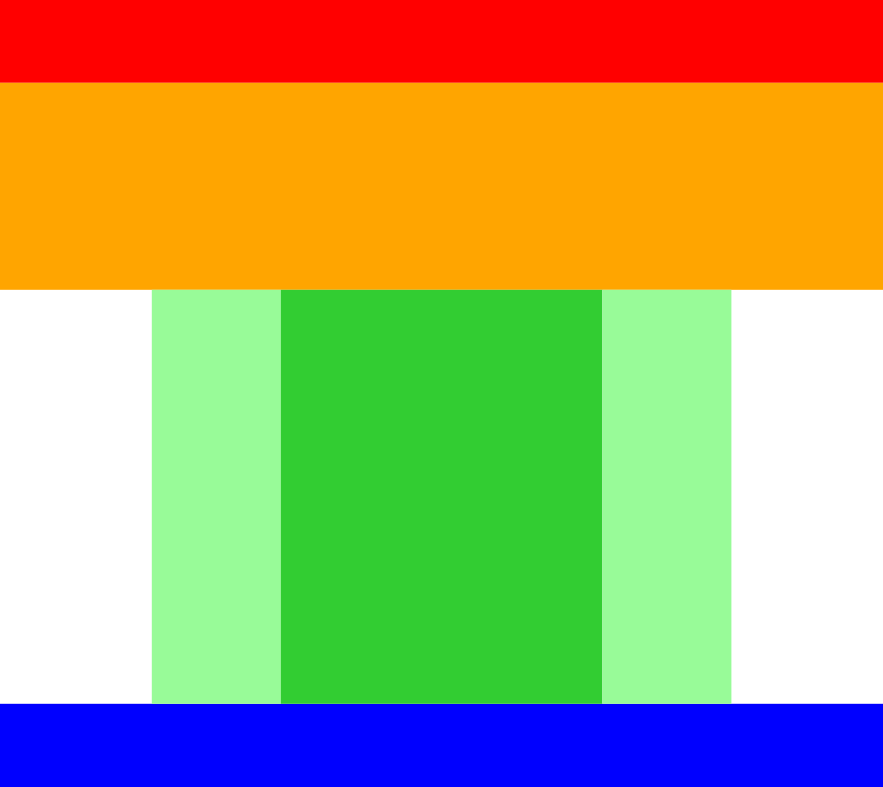
Repository: 39506KK/ALL
Page: caravan/chapter4.html
The author's editor kept a record of every edit. The page is drawn from the files as they stood at one moment, then again after the next edit.
The browser window is 1280 px wide. The pictures show the whole page, at 69% of full size.

Above is the page before.

After the next edit:
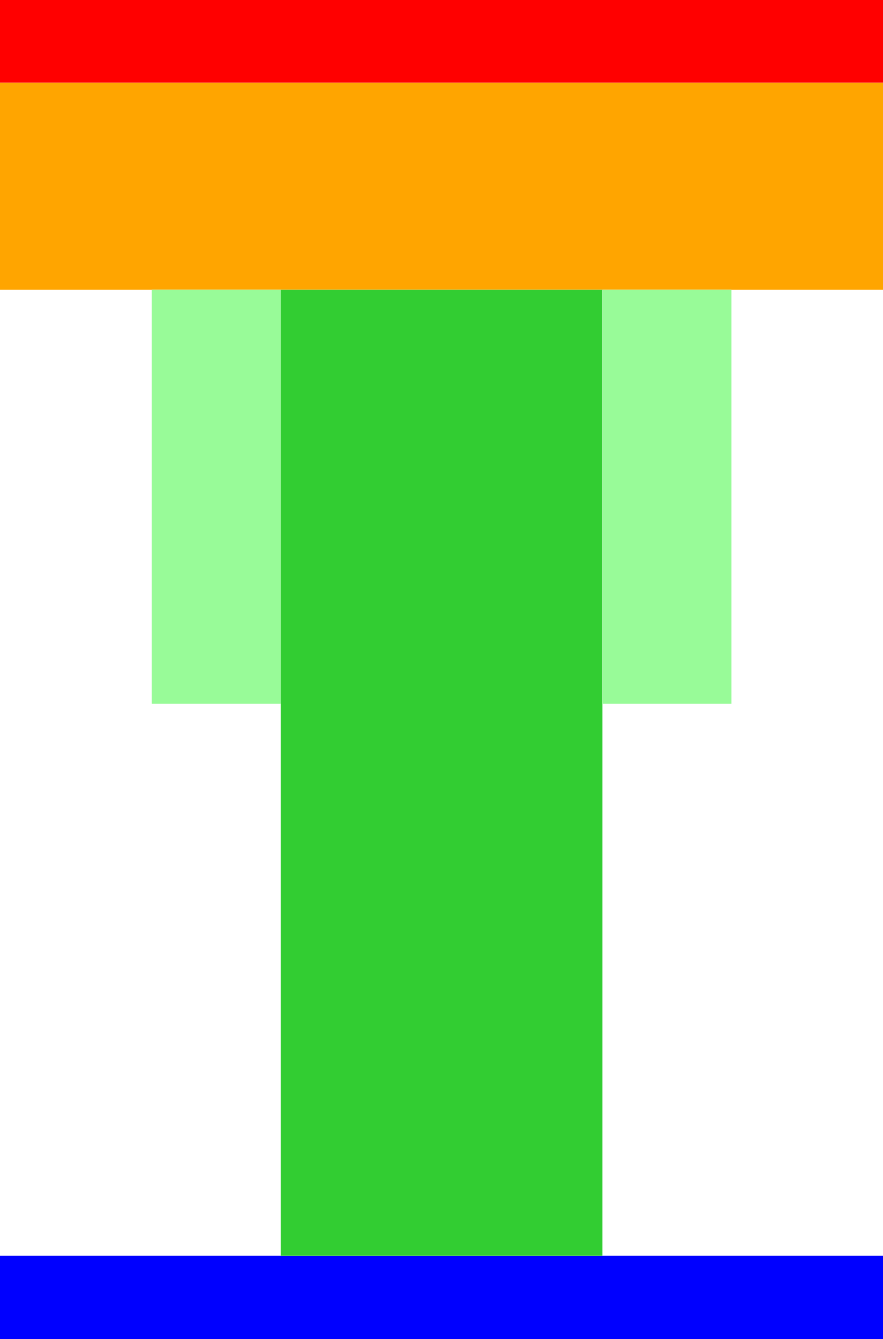
The edit:
--- a/caravan/chapter4.css
+++ b/caravan/chapter4.css
@@ -46,7 +46,7 @@
 
 .blog {
   width: 600px; /* 横幅600px */
-  height: 600px; /* 高さ600px */
+  height: 1400px; /* 高さ1400px */
   background-color: limegreen; /* 背景色limegreen */
 }
 
